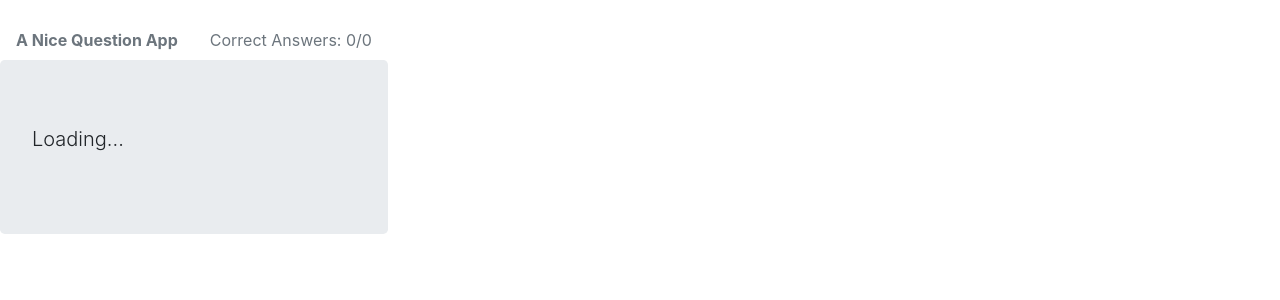
Repository: giovanicascaes/vue-quiz-app
Page: /
An editor plug-in stored every save of this project. The page is shown before and after the next save, followed by the edit.
The browser window is 1280 px wide. The pictures show the whole page.
The page's requests for data from a server got no answer. The project was rebuilt for these pictures with package versions that can differ from the ones it lists, and the page was loaded fresh each time. No one was signed in, and anything a server would have sent is missing. Also part of the build but not shown: vue.config.js.

Above is the page before, as saved 2019-04-14 02:35:43.

### public/index.html
<!DOCTYPE html>
<html lang="en">
  <head>
    <meta charset="utf-8">
    <meta http-equiv="X-UA-Compatible" content="IE=edge">
    <meta name="viewport" content="width=device-width,initial-scale=1.0">
    <link rel="icon" href="<%= BASE_URL %>favicon.ico">
    <title>vue-note-app</title>
  </head>
  <body>
    <noscript>
      <strong>We're sorry but vue-note-app doesn't work properly without JavaScript enabled. Please enable it to continue.</strong>
    </noscript>
    <div id="app"></div>
    <!-- built files will be auto injected -->
  </body>
</html>

### src/main.js
import Vue from 'vue';
import BootstrapVue from 'bootstrap-vue';

import 'bootstrap/dist/css/bootstrap.css';
import 'bootstrap-vue/dist/bootstrap-vue.css';

import store from './store';
import App from './App.vue';

Vue.config.productionTip = false;

Vue.use(BootstrapVue);

new Vue({
  store,
  render: h => h(App),
}).$mount('#app');

### src/store/index.js
import Vue from 'vue';
import Vuex from 'vuex';

import state from './state';
import mutations from './mutations';
import actions from './actions';
import getters from './getters';

Vue.use(Vuex);

export default new Vuex.Store({
  state,
  mutations,
  actions,
  getters,
});

### src/App.vue
<template>
  <div id="app">
    <div>
      <Header/>
      <QuestionBox/>
    </div>
  </div>
</template>

<script>
import { mapState, mapActions } from "vuex";

import Header from "./components/Header";
import QuestionBox from "./components/QuestionBox";

export default {
  name: "app",
  components: {
    Header,
    QuestionBox
  },
  mounted() {
    fetch("https://opentdb.com/api.php?amount=10")
      .then(result => result.json())
      .then(json => {
        this.storeQuestions(json.results);
      });
  },
  methods: {
    ...mapActions({ storeQuestions: "questionsFetched" })
  }
};
</script>

<style>
#app {
  margin-top: 20px;
  width: 600px;
  display: flex;
  align-items: center;
}
</style>

### src/store/state.js
export default {
  questions: [],
  answers: [],
  index: 0,
};

### src/store/mutations.js
import _ from 'lodash';

export default {
  incrementIndex: (state) => {
    state.index++;
  },
  decrementIndex: (state) => {
    state.index--;
  },
  questionsFetched: (state, payload) => {
    state.questions = payload;
    state.questions.forEach((question) => {
      question.shuffledAnswers = _.shuffle([
        ...question.incorrect_answers,
        question.correct_answer,
      ]);
      question.correctAnswerIndex = question.shuffledAnswers.indexOf(question.correct_answer);
    });
    state.answers = payload.map(_ => ({ index: null, submitted: false }));
  },
  selectAnswer: (state, payload) => {
    state.answers[state.index].index = payload;
  },
  submitAnswer: (state) => {
    state.answers[state.index].submitted = true;
  },
};

### src/store/actions.js
export default {
  incrementIndex: ({ commit }) => {
    commit('incrementIndex');
  },
  decrementIndex: ({ commit }) => {
    commit('decrementIndex');
  },
  questionsFetched: ({ commit }, payload) => {
    commit('questionsFetched', payload);
  },
  selectAnswer: ({ commit }, payload) => {
    commit('selectAnswer', payload);
  },
  submitAnswer: ({ commit }) => {
    commit('submitAnswer');
  },
};

### src/components/Header.vue
<template>
  <b-nav>
    <b-nav-item disabled>
      <b>A Nice Question App</b>
    </b-nav-item>
    <b-nav-item disabled>Correct Answers: {{totalCorrectAnswers}}/{{totalAnswers}}</b-nav-item>
  </b-nav>
</template>

<script>
import { mapState } from "vuex";
export default {
  computed: {
    ...mapState({
      totalAnswers: state =>
        state.answers.filter(answer => answer.submitted).length,
      totalCorrectAnswers: state =>
        state.answers.reduce((acc, answer, index) => {
          if (
            answer.submitted &&
            state.questions[index].correctAnswerIndex === answer.index
          ) {
            return acc + 1;
          }
          return acc;
        }, 0)
    })
  }
};
</script>

### src/components/QuestionBox.vue
<template>
  <div>
    <b-jumbotron v-if="loading" lead="Loading..."/>
    <b-jumbotron :lead="'Question #' + (index + 1)" v-if="!loading">
      <p>
        <span v-html="question.question"/>
      </p>
      <b-list-group>
        <b-list-group-item
          :button="!answerSubmited"
          v-for="(answer, index) in question.shuffledAnswers"
          :key="index"
          @click="selectAnswer(index)"
          :active="isSelected(index) && !answerSubmited"
          :variant="getAnswerVariant(index)"
        >{{index + 1}}) <span v-html="answer"/></b-list-group-item>
      </b-list-group>
      <div class="buttons">
        <b-button-group>
          <b-button variant="success" @click="previousQuestion" :disabled="index === 0">Previous</b-button>
          <b-button variant="success" @click="nextQuestion" :disabled="index === 9">Next</b-button>
        </b-button-group>
        <b-button
          variant="primary"
          @click="submitAnswer"
          :disabled="answerSubmited || answerIndex === null"
          class="submit"
        >Submit</b-button>
      </div>
    </b-jumbotron>
  </div>
</template>

<script>
import _ from "lodash";
import { mapActions, mapState } from "vuex";

export default {
  methods: {
    ...mapActions({
      nextQuestion: "incrementIndex",
      previousQuestion: "decrementIndex",
      submitAnswer: "submitAnswer"
    }),
    selectAnswer(index) {
      if (!this.answerSubmited) {
        this.$store.dispatch("selectAnswer", index);
      }
    },
    isSelected(index) {
      return this.answerIndex === index;
    },
    getAnswerVariant(index) {
      if (this.answerSubmited) {
        if (this.question.correctAnswerIndex === index) {
          return "success";
        } else if (this.isSelected(index)) {
          return "danger";
        }
        return "";
      }
    }
  },
  computed: {
    ...mapState({
      index: "index",
      loading: state => state.questions.length === 0,
      question: state => state.questions[state.index],
      answerIndex: state => state.answers[state.index].index,
      answerSubmited: state => state.answers[state.index].submitted
    })
  }
};
</script>

<style>
.buttons {
  margin-top: 10px;
}
.submit {
  float: right;
}
</style>

Loaded but not shown: src/store/getters.js (common file)

After the next save:
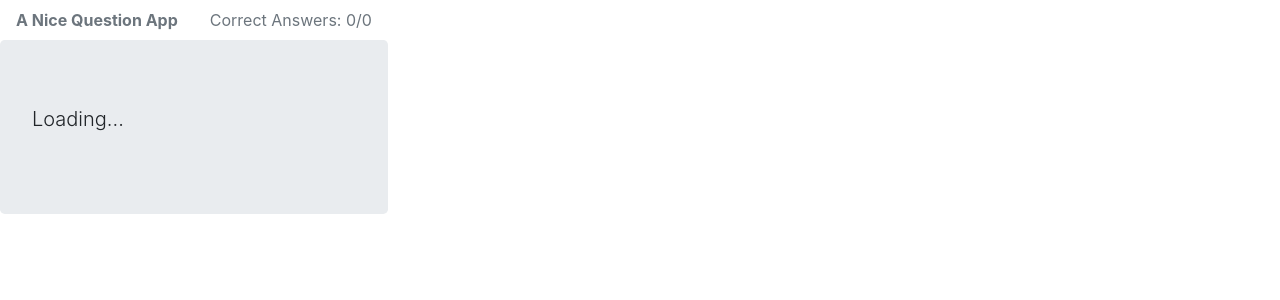
Saved 58 s later.
--- a/src/App.vue
+++ b/src/App.vue
@@ -34,9 +34,11 @@ export default {
 
 <style>
 #app {
-  margin-top: 20px;
-  width: 600px;
   display: flex;
   align-items: center;
 }
+#container {
+  margin-top: 20px;
+  width: 600px;
+}
 </style>
